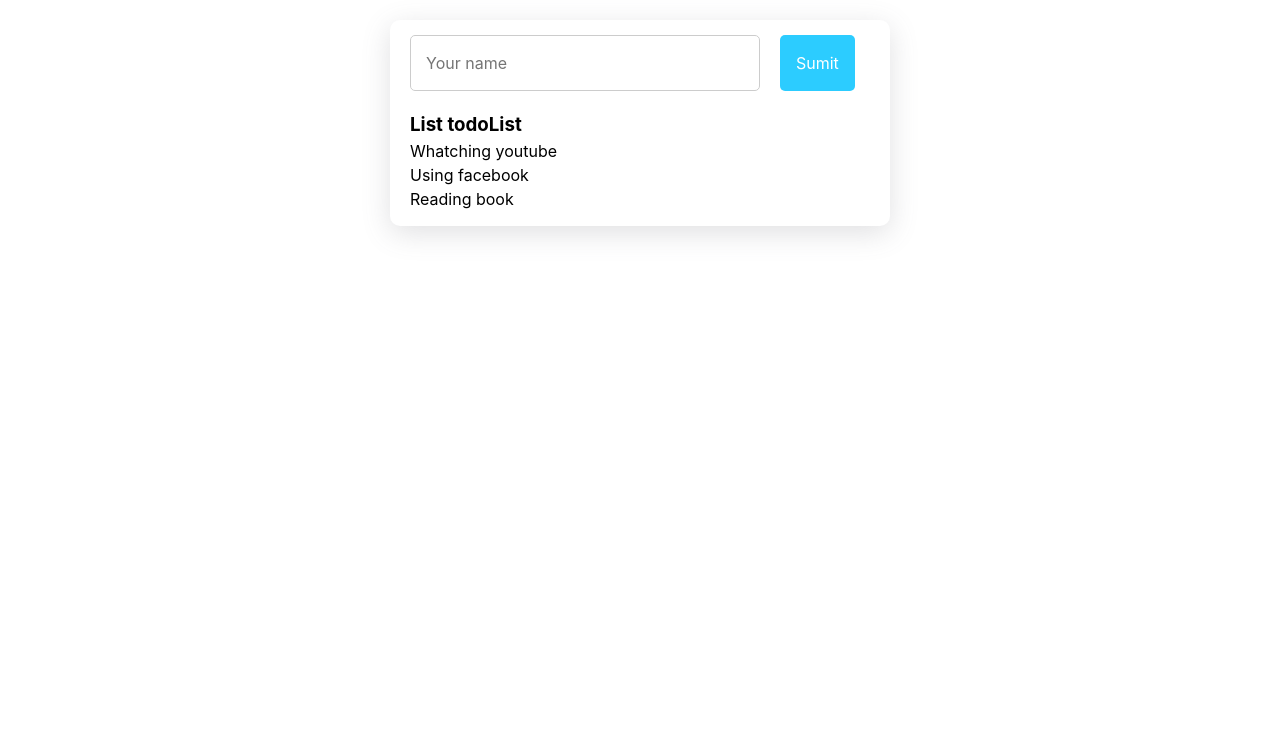
Repository: hoang0508/ReactJsHoiDanIT
Page: /product
The author's editor kept a copy of each file at every save. The page is drawn from the files as they stood at one save, then again after the next save.
The browser window is 1280 px wide. The pictures show the whole page.
The project was rebuilt for these pictures with package versions that can differ from the ones it lists, and the page was loaded fresh each time.

Above is the page before, as saved 2022-02-04 16:24:56.

### src/App.js
// import logo from "./logo.svg";
import "./App.css";
import TodoList from "./components/TodoApp/TodoList";

const App = () => {
  return <TodoList />;
};

export default App;

### src/App.css
*,
*::before,
*::after {
  box-sizing: border-box;
}
body,
h1,
h2,
h3,
h4,
h5,
h6,
p,
figure,
picture {
  margin: 0;
}
body {
  min-height: 100vh;
  line-height: 1.5;
}
input,
button,
select,
textarea {
  font: inherit;
}
img,
picture {
  display: block;
  max-width: 100%;
}
/* remove animation for people who've turned them off */
@media (prefers-reduced-motion: reduce) {
  *,
  *::before,
  *::after {
    animation-duration: 0.01ms !important;
    animation-iteration-count: 1 !important;
    transition-duration: 0.01ms !important;
    scroll-behavior: auto !important;
  }
}

### src/components/TodoApp/TodoList.js
import React, { useState } from "react";
import "./TodoList.scss";
const TodoList = () => {
  const [nameTodo, setNameTodo] = useState("");
  const [listTodo, setListTodo] = useState([
    {
      id: 1,
      name: "Whatching youtube",
    },
    {
      id: 2,
      name: "Using facebook",
    },
    {
      id: 3,
      name: "Reading book",
    },
  ]);
  console.log(">> check data:", listTodo);
  const handleChangeTodo = (e) => {
    setNameTodo(e.target.value);
  };
  const handleClickTodo = (e) => {
    let todoItem = {
      id: Math.floor(Math.random() * 1000),
      name: nameTodo,
    };
    setListTodo([...listTodo, todoItem]);
  };
  return (
    <>
      <div className="todo">
        <form>
          <input
            className="todo-input"
            type="text"
            placeholder="Your name"
            // value={nameTodo}
            onChange={(e) => handleChangeTodo(e)}
          />
          <button
            className="todo-btn"
            type="button"
            onClick={(e) => handleClickTodo(e)}
          >
            Sumit
          </button>
        </form>
        <div>
          <h3 className="todo-list">List todoList</h3>
          {listTodo &&
            listTodo.length > 0 &&
            listTodo.map((item, index) => (
              <div key={item.id} className="todo-item">
                <div className="todo-name">{item.name}</div>
              </div>
            ))}
        </div>
      </div>
    </>
  );
};

// class TodoList extends React.Component {
//   // Khai báo state
//   state = {
//     name: "Hoang",
//   };
//   render() {
//     return (
//       <>
//         <input
//           placeholder="Your name"
//           onChange={(e) => this.setState({ name: e.target.value })}
//         />
//         <div>Hello {this.state.name}</div>
//       </>
//     );
//   }
// }

export default TodoList;

### src/components/TodoApp/TodoList.scss
.todo {
  max-width: 500px;
  width: 100%;
  margin: 20px auto;
  padding: 15px 20px;
  background-color: #fff;
  box-shadow: rgba(100, 100, 111, 0.2) 0px 7px 29px 0px;
  border-radius: 10px;
  overflow: hidden;
  form {
    margin-bottom: 20px;
  }
  &-input {
    max-width: 350px;
    width: 100%;
    border: 1px solid #ccc;
    outline: none;
    padding: 15px;
    border-radius: 5px;
  }
  &-btn {
    border: 0;
    padding: 16px;
    outline: none;
    cursor: pointer;
    background-color: #2cccff;
    color: #fff;
    border-radius: 5px;
    margin-left: 20px;
  }
  &-title {
    font-size: 18px;
    margin-bottom: 15px;
  }
}

Loaded but not shown: public/index.html (common file); src/index.js (common file); src/index.css (common file); src/reportWebVitals.js (common file)

After the next save:
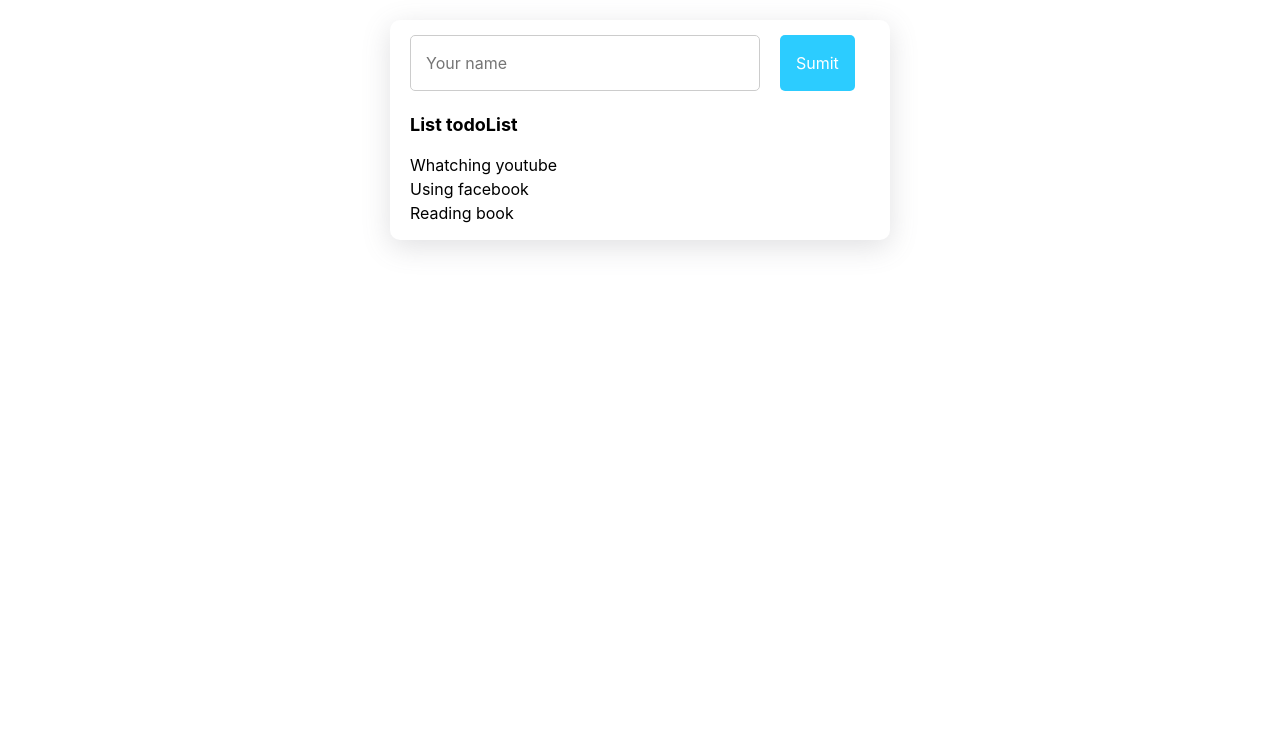
Saved 12 s later.
--- a/src/components/TodoApp/TodoList.scss
+++ b/src/components/TodoApp/TodoList.scss
@@ -28,7 +28,7 @@
     border-radius: 5px;
     margin-left: 20px;
   }
-  &-title {
+  &-list {
     font-size: 18px;
     margin-bottom: 15px;
   }
